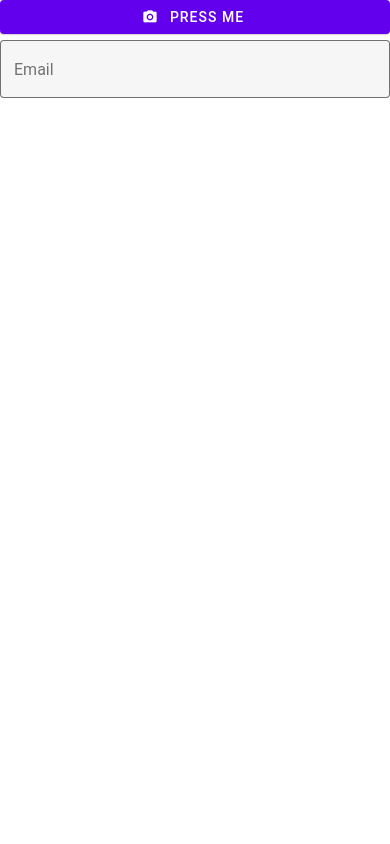
Repository: pascalgrim/GymTracker
Screen: /
These files come from the project's save history. The screen is drawn as it stood at one moment and after the next save; the edit follows.
The app was drawn by React Native's web renderer in a window 390 px wide. The project was rebuilt for these pictures with package versions that can differ from the ones it lists, and the page was loaded fresh each time. Also part of the build but not shown: components/menuCard.js, components/Dashboard.js, firebase.js, context/AuthContext.js.

Above is the screen before, as saved 2021-11-04 21:15:22.

### App.js
import { StatusBar } from "expo-status-bar";
import React from "react";
import {
  Button,
  StyleSheet,
  Text,
  View,
  TouchableOpacity,
  Image,
  SafeAreaView,
} from "react-native";
import MenuCard from "./components/menuCard";

// LOGOS
import mainLogo from "./imgs/mainLogo.png";
import SettingsIcon from "./imgs/mainSettings.png";

// ICONS FOR CARDS
import IconSessions from "./imgs/schreibe-brief.png";
import Dashboard from "./components/Dashboard";
import Signup from "./components/Signup";

export default function App() {
  return (
    <View >
      {/* <Dashboard/> */}
      <Signup/>

      <StatusBar style="auto" />
    </View>
  );
}

const styles = StyleSheet.create({
  container: {
    flex: 1,
    backgroundColor: "#131321",
    paddingLeft: 20,
    paddingRight: 20,
    paddingTop: 30,
    paddingBottom: 20,
  },
});

### components/Signup.js
import React from 'react'
import {Card, Button,TextInput} from 'react-native-paper';
import { useRef ,useState} from 'react'
import { Link,Route,BrowserRouter as Router,Routes } from 'react-router-dom';
// import Button from '@mui/material/Button';
import {useAuth} from "../context/AuthContext"

export default function Signup() {
    const emailRef = useRef()
    const passwordRef = useRef()
    const passwordConfirmRef = useRef()
    const signup = useAuth()
    const [error,setError] = useState("")
    const [loading,setLoading] = useState(false)

    async function handleSubmit(e){
        e.preventDefault()
        console.log((passwordRef.current.value).length)

        if (passwordRef.current.value !== passwordConfirmRef.current.value){
            return setError("Passwords do not match.")
        }
        else if ((passwordRef.current.value).length < 6){
            return setError("Passwords must have at least 6 characters.")
        }
        try{
            setError("")
            setLoading(true)
            await signup(emailRef.current.value,passwordRef.current.value)
            history.push("/")
        }catch{
            setError("Failed to create an Account.")
        }
        setLoading(false)


    }
    return (
        <div>
        <Button dark={true} icon="camera" mode="contained" onPress={() => console.log('Pressed')}>
    Press me
  </Button>
  <TextInput
      label="Email"

      mode="outlined"
    />

        </div>

    )
}

After the next save:
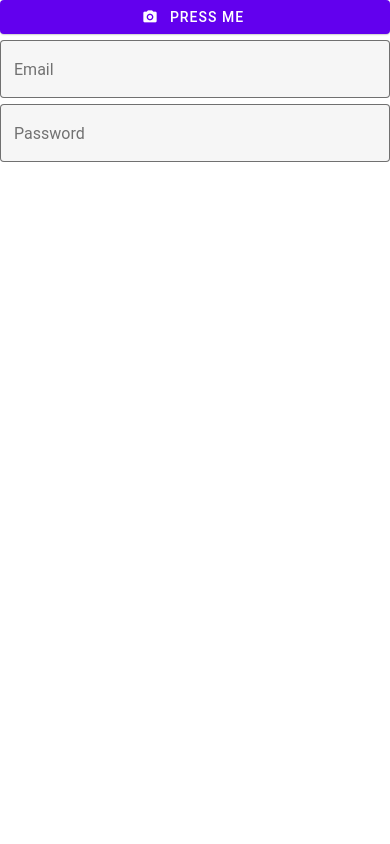
Saved 20 s later.
--- a/components/Signup.js
+++ b/components/Signup.js
@@ -42,7 +42,10 @@ export default function Signup() {
   </Button>
   <TextInput
       label="Email"
-
+      mode="outlined"
+    />
+    <TextInput
+      label="Password"
       mode="outlined"
     />
 
